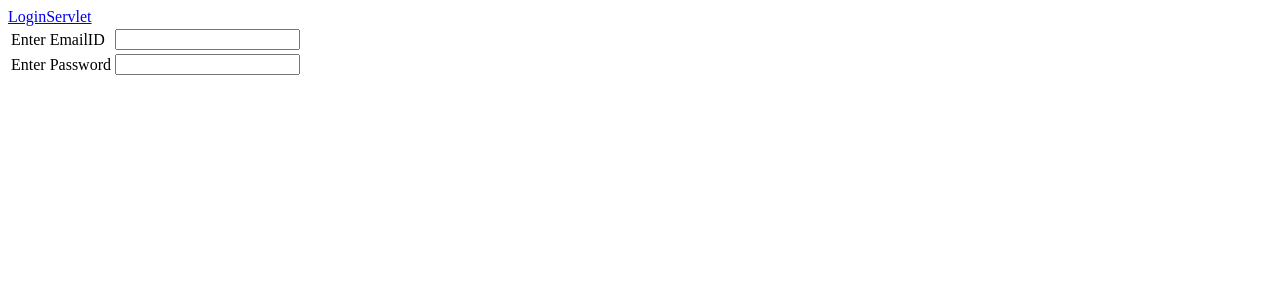
Repository: Praveenbelle08/Advance-JAVA
Page: workspace2/EmpWebApp/WebContent/Login.html
The author's editor kept a copy of each file at every save. The page is drawn from the files as they stood at one save, then again after the next save.
The browser window is 1280 px wide. The pictures show the whole page.

Above is the page before, as saved 2024-01-03 12:37:55.

After the next save:
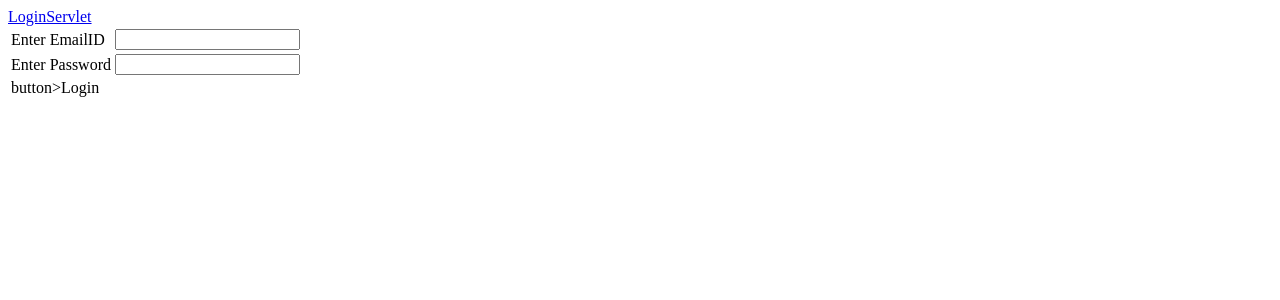
Saved 12 min 50 s later.
--- a/workspace2/EmpWebApp/WebContent/Login.html
+++ b/workspace2/EmpWebApp/WebContent/Login.html
@@ -16,7 +16,9 @@
 <td><input type ="password"password = "password"></td>
 </tr>
 <a href = "LoginServlet"/>LoginServlet</a>
-
+<tr>
+<td>button>Login</button><td>
+</tr>
 </table>
 </body>
 </html>
